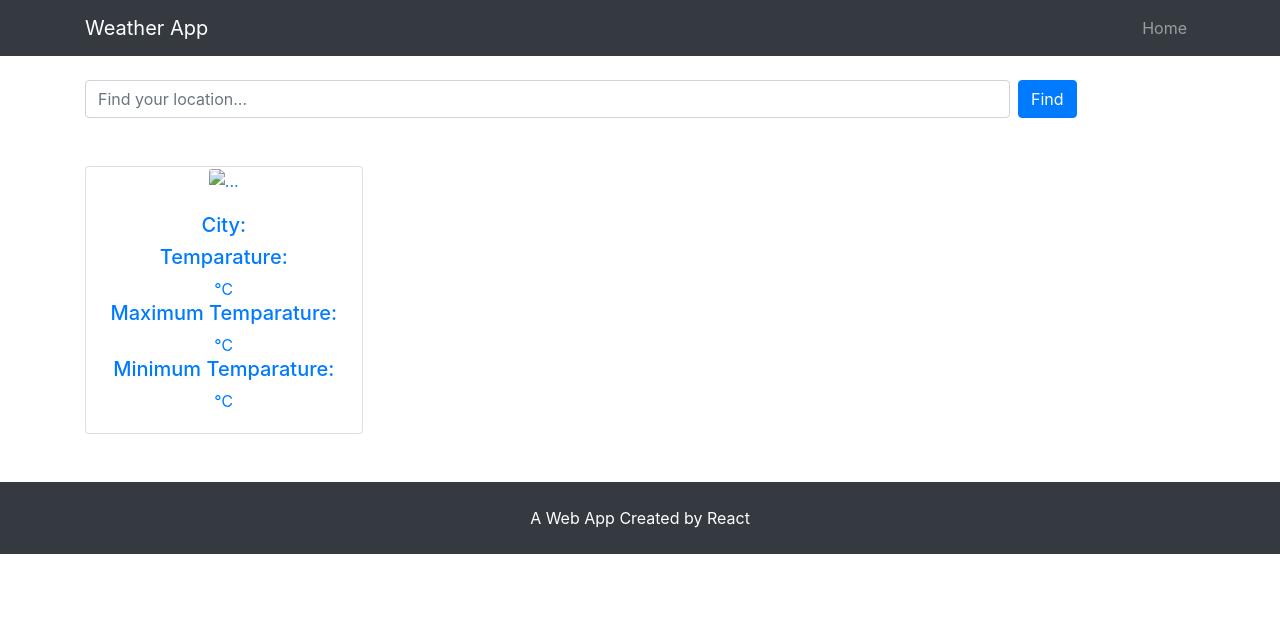
Repository: smk87/weather-app-react
Page: /
These files come from the project's save history. The page is drawn as it stood at one moment and after the next save; the edit follows.
The browser window is 1280 px wide. The pictures show the whole page.
The page's requests for data from a server got no answer. Some web libraries are served in a nearby version. The project was rebuilt for these pictures with package versions that can differ from the ones it lists, and the page was loaded fresh each time. A package was used in the major version that the imports need, not the one package.json lists. No one was signed in, and anything a server would have sent is missing.

Above is the page before, as saved 2019-02-06 17:16:18.

### public/index.html
<!DOCTYPE html>
<html lang="en">
  <head>
    <meta charset="utf-8" />
    <link rel="shortcut icon" href="%PUBLIC_URL%/favicon.ico" />
    <meta
      name="viewport"
      content="width=device-width, initial-scale=1, shrink-to-fit=no"
    />
    <meta name="theme-color" content="#000000" />
    <!--
      manifest.json provides metadata used when your web app is added to the
      homescreen on Android. See https://developers.google.com/web/fundamentals/web-app-manifest/
    -->
    <link rel="manifest" href="%PUBLIC_URL%/manifest.json" />
    <link
      rel="stylesheet"
      href="https://stackpath.bootstrapcdn.com/bootstrap/4.2.1/css/bootstrap.min.css"
      integrity="sha384-GJzZqFGwb1QTTN6wy59ffF1BuGJpLSa9DkKMp0DgiMDm4iYMj70gZWKYbI706tWS"
      crossorigin="anonymous"
    />
    <script
      defer
      src="https://use.fontawesome.com/releases/v5.6.3/js/all.js"
      integrity="sha384-EIHISlAOj4zgYieurP0SdoiBYfGJKkgWedPHH4jCzpCXLmzVsw1ouK59MuUtP4a1"
      crossorigin="anonymous"
    ></script>
    <!--
      Notice the use of %PUBLIC_URL% in the tags above.
      It will be replaced with the URL of the `public` folder during the build.
      Only files inside the `public` folder can be referenced from the HTML.

      Unlike "/favicon.ico" or "favicon.ico", "%PUBLIC_URL%/favicon.ico" will
      work correctly both with client-side routing and a non-root public URL.
      Learn how to configure a non-root public URL by running `npm run build`.
    -->
    <title>React App</title>
  </head>
  <body>
    <noscript>You need to enable JavaScript to run this app.</noscript>
    <div id="root"></div>
    <!--
      This HTML file is a template.
      If you open it directly in the browser, you will see an empty page.

      You can add webfonts, meta tags, or analytics to this file.
      The build step will place the bundled scripts into the <body> tag.

      To begin the development, run `npm start` or `yarn start`.
      To create a production bundle, use `npm run build` or `yarn build`.
    -->

    <script
      src="https://code.jquery.com/jquery-3.3.1.slim.min.js"
      integrity="sha384-q8i/X+965DzO0rT7abK41JStQIAqVgRVzpbzo5smXKp4YfRvH+8abtTE1Pi6jizo"
      crossorigin="anonymous"
    ></script>
    <script
      src="https://cdnjs.cloudflare.com/ajax/libs/popper.js/1.14.6/umd/popper.min.js"
      integrity="sha384-wHAiFfRlMFy6i5SRaxvfOCifBUQy1xHdJ/yoi7FRNXMRBu5WHdZYu1hA6ZOblgut"
      crossorigin="anonymous"
    ></script>
    <script
      src="https://stackpath.bootstrapcdn.com/bootstrap/4.2.1/js/bootstrap.min.js"
      integrity="sha384-B0UglyR+jN6CkvvICOB2joaf5I4l3gm9GU6Hc1og6Ls7i6U/mkkaduKaBhlAXv9k"
      crossorigin="anonymous"
    ></script>
  </body>
</html>

### src/App.js
import React, { Component } from "react";
import { BrowserRouter as Router, Route, Switch } from "react-router-dom";
import logo from "./logo.svg";
import "./App.css";

//Import Layout Components
import NavBar from "./components/NavBar";
import Footer from "./components/Footer";
import Home from "./components/Home";

class App extends Component {
  render() {
    return (
      <Router>
        <div className="App">
          <NavBar />
          <Route exact path="/" component={Home} />
          <Footer />
        </div>
      </Router>
    );
  }
}

export default App;

### src/components/NavBar.js
import React, { Component } from "react";
import { Link } from "react-router-dom";

export default class NavBar extends Component {
  render() {
    return (
      <div>
        <nav className="navbar navbar-expand-sm navbar-dark bg-dark mb-4">
          <div className="container">
            <Link className="navbar-brand" to="/">
              Weather App
            </Link>
            <button
              className="navbar-toggler"
              type="button"
              data-toggle="collapse"
              data-target="#mobile-nav"
            >
              <span className="navbar-toggler-icon" />
            </button>

            <div className="collapse navbar-collapse" id="mobile-nav">
              <ul className="navbar-nav mr-auto" />
              <ul className="navbar-nav ml-auto">
                <li className="nav-item">
                  <Link className="nav-link" to="/">
                    Home
                  </Link>
                </li>
              </ul>
            </div>
          </div>
        </nav>
      </div>
    );
  }
}

### src/components/Footer.js
import React from "react";

export default function Footer() {
  return (
    <footer className="bg-dark text-white mt-5 p-4 text-center">
      A Web App Created by React
    </footer>
  );
}

### src/components/Home.js
import React, { Component } from "react";
import { Link } from "react-router-dom";
import Weather from "./Weather";

export default class Home extends Component {
  constructor() {
    super();

    this.state = {
      search: ""
    };
  }
  onChange = e => {
    this.setState({
      [e.target.name]: e.target.value
    });
  };
  onSubmit = e => {
    e.preventDefault();
    console.log(this.state);
  };

  render() {
    return (
      <div>
        <div className="container">
          <form onSubmit={this.onSubmit} action="#" className="form-inline">
            <input
              type="text"
              name="search"
              className="form-control col-md-10"
              placeholder="Find your location..."
              value={this.state.search}
              onChange={this.onChange}
            />
            <input
              type="submit"
              className="ml-2 btn btn-primary"
              value="Find"
            />
          </form>
          <Link to="/weather/:woeid">
            <Weather id="2344116" />
          </Link>
        </div>
      </div>
    );
  }
}

### src/components/Weather.js
import React, { Component } from "react";
import axios from "axios";

export default class Weather extends Component {
  constructor() {
    super();

    this.state = {
      cityname: "",
      id: "",
      temp: "",
      maxtemp: "",
      mintemp: "",
      logo: ""
    };
  }

  componentWillMount() {
    this.setState({ id: this.props.id });

    const url = `weather/weather.php?command=location&woeid=${this.props.id}`;
    // console.log(url);
    axios
      .get(url) //Used proxy to connect with local wamp server
      .then(res => {
        console.log(res.data);

        switch (res.data.consolidated_weather[0].weather_state_name) {
          case "Snow":
            this.setState({
              logo: "https://www.metaweather.com/static/img/weather/sn.svg"
            });
            break;
          case "Sleet":
            this.setState({
              logo: "https://www.metaweather.com/static/img/weather/sl.svg"
            });
            break;
          case "Hail":
            this.setState({
              logo: "https://www.metaweather.com/static/img/weather/h.svg"
            });
            break;
          case "Thunderstorm":
            this.setState({
              logo: "https://www.metaweather.com/static/img/weather/t.svg"
            });
            break;
          case "Heavy Rain":
            this.setState({
              logo: "https://www.metaweather.com/static/img/weather/hr.svg"
            });
            break;
          case "Light Rain":
            this.setState({
              logo: `https://www.metaweather.com/static/img/weather/lr.svg`
            });
            break;
          case "Showers":
            this.setState({
              logo: "https://www.metaweather.com/static/img/weather/s.svg"
            });
            break;
          case "Heavy Cloud":
            this.setState({
              logo: "https://www.metaweather.com/static/img/weather/hc.svg"
            });
            break;
          case "Light Cloud":
            this.setState({
              logo: "https://www.metaweather.com/static/img/weather/lc.svg"
            });
            break;
          case "Clear":
            this.setState({
              logo: "https://www.metaweather.com/static/img/weather/c.svg"
            });
            break;
        }
        this.setState({
          cityname: res.data.title,
          temp: res.data.consolidated_weather[0].the_temp.toPrecision(3),
          maxtemp: res.data.consolidated_weather[0].max_temp.toPrecision(3),
          mintemp: res.data.consolidated_weather[0].min_temp.toPrecision(3)
        });
      })
      .catch(err => console.log(err));
  }

  render() {
    return (
      <div className="mt-5 mr-2 h-50 w-25 card">
        <div>
          <img src={this.state.logo} className="card-img-top" alt="..." />
        </div>
        <div className="card-body">
          <div className="card-text">
            <h5>City: </h5> {this.state.cityname}
          </div>
          <div className="card-text">
            <h5>Temparature: </h5> {this.state.temp}
            <span>&#8451;</span>
          </div>
          <div className="card-text">
            {" "}
            <h5>Maximum Temparature: </h5> {this.state.maxtemp}
            <span>&#8451;</span>
          </div>
          <div className="card-text">
            {" "}
            <h5>Minimum Temparature: </h5>
            {this.state.mintemp}
            <span>&#8451;</span>
          </div>
        </div>
      </div>
    );
  }
}

Loaded but not shown: src/index.js (common file); src/index.css (common file); src/serviceWorker.js (common file); src/App.css (common file)

After the next save:
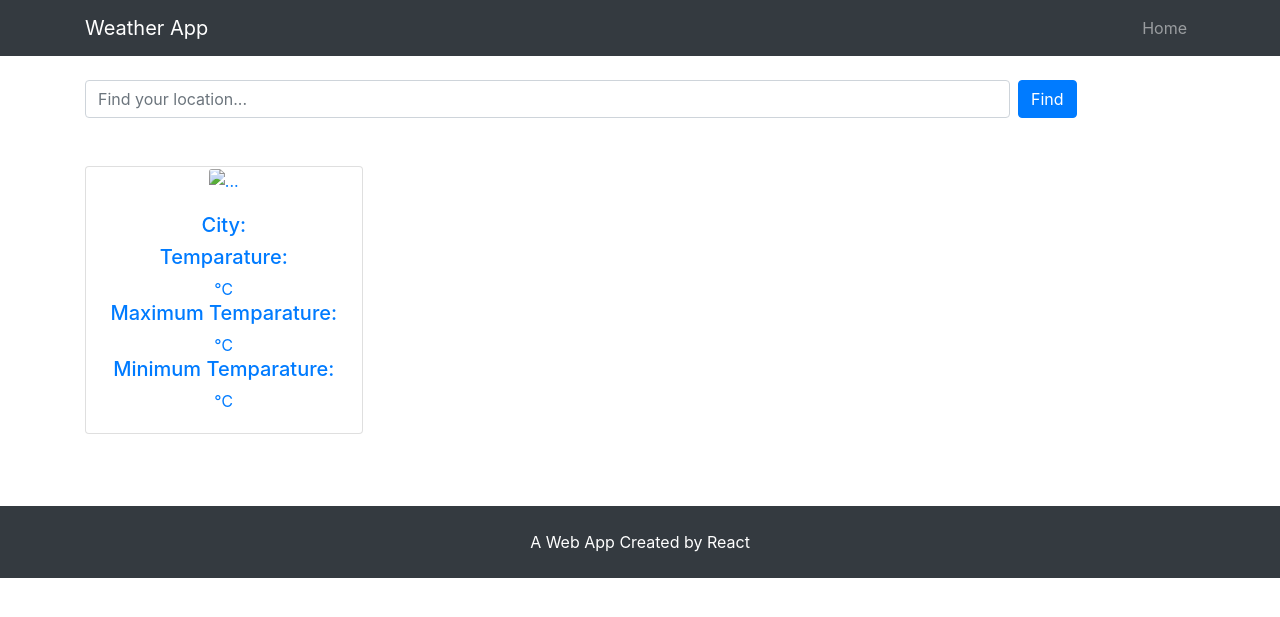
Saved 39 s later.
--- a/src/components/Home.js
+++ b/src/components/Home.js
@@ -39,7 +39,7 @@ export default class Home extends Component {
               value="Find"
             />
           </form>
-          <Link to="/weather/:woeid">
+          <Link className="mr-2" to="/weather/:woeid">
             <Weather id="2344116" />
           </Link>
         </div>
